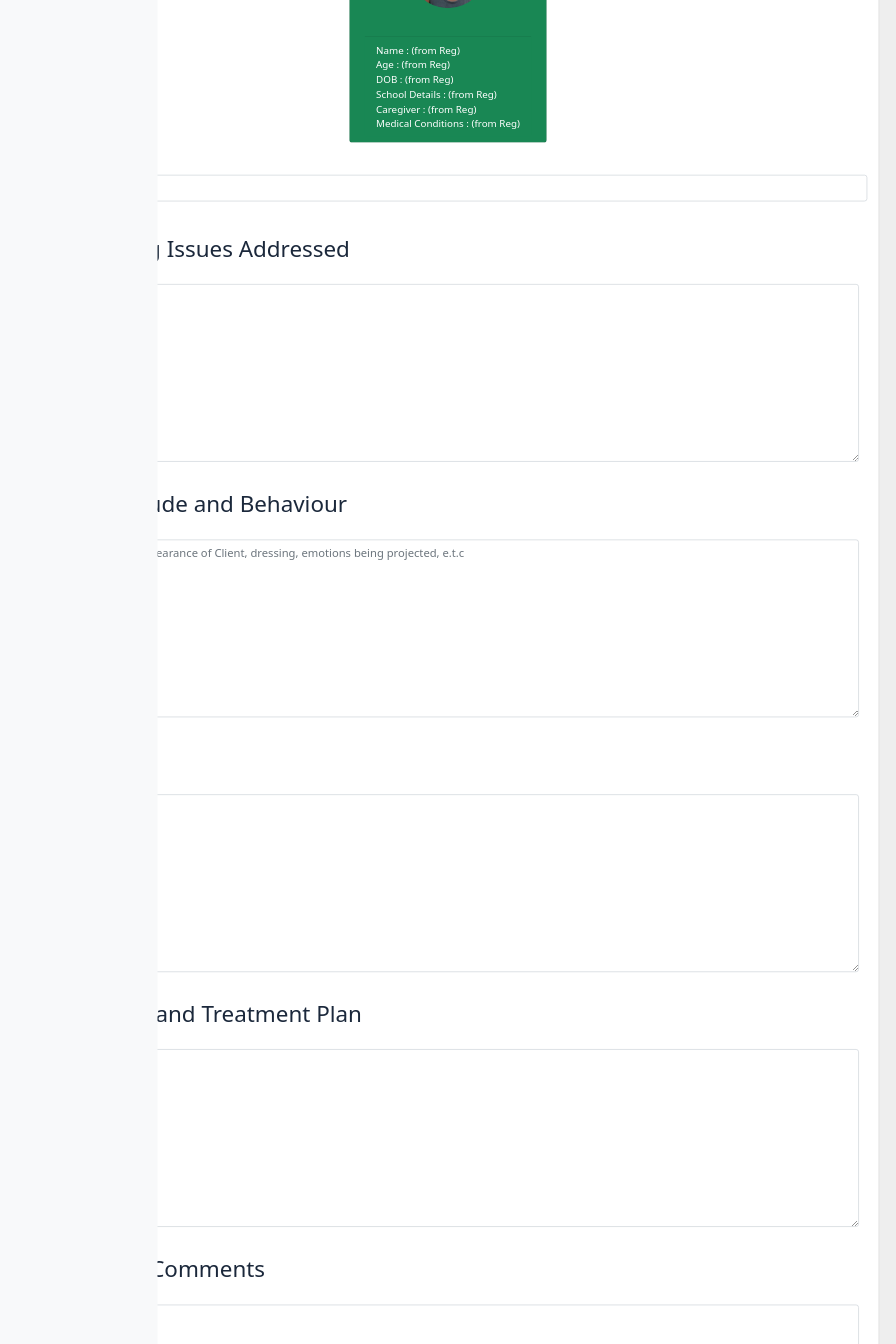
Repository: SRFtech/mis-designs
Page: counselling.html
An editor plug-in stored every save of this project. The page is shown before and after the next save, followed by the edit.
The browser window is 1280 px wide. The pictures show the part of the page from y = 594 to 2514 px (the page is 3059 px tall before and 2967 px after), at 70% of full size.

Above is the page before, as saved 2022-04-10 22:25:20.

### counselling.html
<!DOCTYPE html>
<html lang="en">
    <head>
        <meta charset="utf-8" />
        <meta http-equiv="X-UA-Compatible" content="IE=edge" />
        <meta name="viewport" content="width=device-width, initial-scale=1, shrink-to-fit=no" />
        <meta name="description" content="" />
        <meta name="author" content="" />
        <title>Family Assessment SRF-MIS</title>
        <link href="css/styles.css" rel="stylesheet" />
        <script src="https://cdnjs.cloudflare.com/ajax/libs/font-awesome/5.15.3/js/all.min.js" crossorigin="anonymous"></script>
    </head>
    <body>
        <nav class="sb-topnav navbar navbar-expand navbar-light bg-light">
            <!-- Navbar Brand-->
            <a class="navbar-brand ps-3" href="index.html">
                <img src="/assets/img/logo.png"/>
            </a>
            <!-- Sidebar Toggle-->
            <button class="btn btn-link btn-sm order-1 order-lg-0 me-4 me-lg-0" id="sidebarToggle" href="#!"><i class="fas fa-bars"></i></button>
            <!-- Navbar Search-->
            <form class="d-none d-md-inline-block form-inline ms-auto me-0 me-md-3 my-2 my-md-0">
                <div class="input-group">
                    <input class="form-control" type="text" placeholder="Search for..." aria-label="Search for..." aria-describedby="btnNavbarSearch" />
                    <button class="btn btn-success" id="btnNavbarSearch" type="button"><i class="fas fa-search"></i></button>
                </div>
            </form>
            <!-- Navbar-->
            <ul class="navbar-nav ml-auto nav-flex-icons">
                <li class="nav-item avatar dropdown">
                    <a class="nav-link dropdown-toggle waves-effect waves-light" id="navbarDropdownMenuLink-5" role="button" data-bs-toggle="dropdown" data-toggle="dropdown" aria-haspopup="true" aria-expanded="true">
                    <span class="badge badge-danger ml-2">4</span>
                    <i class="fas fa-bell"></i>
                    </a>
                    <div class="dropdown-menu dropdown-menu-end dropdown-secondary" aria-labelledby="navbarDropdownMenuLink-5">
                        <a class="dropdown-item waves-effect waves-light" href="#">Messages <span class="badge badge-danger ml-2">4</span></a>
                        <a class="dropdown-item waves-effect waves-light" href="#">Counselling sessions due<span class="badge badge-danger ml-2">1</span></a>
                        <a class="dropdown-item waves-effect waves-light" href="#">Home visits due <span class="badge badge-danger ml-2">4</span></a>
                    </div>
                </li>
            </ul>
            <ul class="navbar-nav ms-auto ms-md-0 me-3 me-lg-4">
                <li class="nav-item dropdown">
                    <a class="nav-link dropdown-toggle" id="navbarDropdown" href="#" role="button" data-bs-toggle="dropdown" aria-expanded="false"><i class="fas fa-user fa-fw"></i></a>
                    <ul class="dropdown-menu dropdown-menu-end" aria-labelledby="navbarDropdown">
                        <li><a class="dropdown-item" href="#!">Settings</a></li>
                        <li><a class="dropdown-item" href="#!">Activity Log</a></li>
                        <li><hr class="dropdown-divider" /></li>
                        <li><a class="dropdown-item" href="#!">Logout</a></li>
                    </ul>
                </li>
            </ul>
        </nav>
        <div id="layoutSidenav">
            <div id="layoutSidenav_nav">
                <nav class="sb-sidenav accordion sb-sidenav-light" id="sidenavAccordion">
                    <div class="sb-sidenav-menu">
                        <div class="nav">
                            <div class="sb-sidenav-menu-heading">Core</div>
                            <a class="nav-link" href="index.html">
                                <div class="sb-nav-link-icon"><i class="fas fa-tachometer-alt"></i></div>
                                Dashboard
                            </a>
                            <div class="sb-sidenav-menu-heading">Interface</div>
                            <a class="nav-link collapsed" href="#" data-bs-toggle="collapse" data-bs-target="#collapsePages" aria-expanded="false" aria-controls="collapsePages">
                                <div class="sb-nav-link-icon"><i class="fas fa-book-open"></i></div>
                                Pages
                                <div class="sb-sidenav-collapse-arrow"><i class="fas fa-angle-down"></i></div>
                            </a>
                            <div class="collapse" id="collapsePages" aria-labelledby="headingTwo" data-bs-parent="#sidenavAccordion">
                                <nav class="sb-sidenav-menu-nested nav accordion" id="sidenavAccordionPages">
                                    <a class="nav-link collapsed" href="#" data-bs-toggle="collapse" data-bs-target="#pagesCollapseAuth" aria-expanded="false" aria-controls="pagesCollapseAuth">
                                        Authentication
                                        <div class="sb-sidenav-collapse-arrow"><i class="fas fa-angle-down"></i></div>
                                    </a>
                                    <div class="collapse" id="pagesCollapseAuth" aria-labelledby="headingOne" data-bs-parent="#sidenavAccordionPages">
                                        <nav class="sb-sidenav-menu-nested nav">
                                            <a class="nav-link" href="login.html">Login</a>
                                            <a class="nav-link" href="register.html">Register</a>
                                            <a class="nav-link" href="password.html">Forgot Password</a>
                                        </nav>
                                    </div>
                                    <a class="nav-link collapsed" href="#" data-bs-toggle="collapse" data-bs-target="#pagesCollapseError" aria-expanded="false" aria-controls="pagesCollapseError">
                                        Forms
                                        <div class="sb-sidenav-collapse-arrow"><i class="fas fa-angle-down"></i></div>
                                    </a>
                                    <div class="collapse" id="pagesCollapseError" aria-labelledby="headingOne" data-bs-parent="#sidenavAccordionPages">
                                        <nav class="sb-sidenav-menu-nested nav">
                                            <a class="nav-link" href="registration.html">Registration</a>
                                            <!-- <a class="nav-link" href="player-profile.html">Player profile</a> -->

                                        </nav>
                                    </div>
                                    <a class="nav-link collapsed" href="#" data-bs-toggle="collapse" data-bs-target="#pagesCollapseError" aria-expanded="false" aria-controls="pagesCollapseError">
                                        Error
                                        <div class="sb-sidenav-collapse-arrow"><i class="fas fa-angle-down"></i></div>
                                    </a>
                                    <div class="collapse" id="pagesCollapseError17" aria-labelledby="headingOne" data-bs-parent="#sidenavAccordionPages">
                                        <nav class="sb-sidenav-menu-nested nav">
                                            <a class="nav-link" href="401.html">401 Page</a>
                                            <a class="nav-link" href="404.html">404 Page</a>
                                            <a class="nav-link" href="500.html">500 Page</a>
                                        </nav>
                                    </div>
                                </nav>
                            </div>
                            <div class="sb-sidenav-menu-heading">Data View Options</div>
                            <a class="nav-link" href="charts.html">
                                <div class="sb-nav-link-icon"><i class="fas fa-chart-area"></i></div>
                                Charts
                            </a>
                            <a class="nav-link" href="tables.html">
                                <div class="sb-nav-link-icon"><i class="fas fa-table"></i></div>
                                Tables
                            </a>
                        </div>
                    </div>
                    <div class="sb-sidenav-footer">
                        <div class="small">Logged in as:</div>
                        Admin
                    </div>
                </nav>
            </div>
            <div id="layoutSidenav_content">
                <main>
                    <div class="container-fluid px-4">
                        <h1 class="mt-4">Family Assessment</h1>
                        <ol class="breadcrumb mb-4">
                            <li class="breadcrumb-item"><a href="index.html">Dashboard</a></li>
                            <li class="breadcrumb-item active">Family Assessment Form</li>
                        </ol>
                        <div class="card mb-4">
                            <div class="card-body">
                                <p class="mb-0">
                                    <ul class="nav nav-pills mb-3" id="pills-tab" role="tablist">
                                        <li class="nav-item">
                                            <a class="nav-link" id="pills-bio-data-tab" data-toggle="pill" href="registration.html" role="tab" aria-controls="pills-bio-data" aria-selected="false">Bio Data</a>
                                        </li>
                                        <li class="nav-item">
                                            <a class="nav-link" id="pills-visits-tab" data-toggle="pill" href="home-visits.html" role="tab" aria-controls="pills-home-visits" aria-selected="false">Home Visits</a>
                                        </li>
                                        <li class="nav-item">
                                            <a class="nav-link" id="pills-rugby-tab" data-toggle="pill" href="rugby.html" role="tab" aria-controls="pills-rugby" aria-selected="false">Rugby</a>
                                        </li>
                                        <li class="nav-item">
                                            <a class="nav-link" id="pills-education-tab" data-toggle="pill" href="education.html" role="tab" aria-controls="pills-education" aria-selected="false">Education</a>
                                        </li>
                                        <li class="nav-item">
                                            <a class="nav-link" id="life-skills.html-tab" data-toggle="pill" href="life-skills.html" role="tab" aria-controls="life-skills.html" aria-selected="false">Life Skills</a>
                                        </li>
                                        <li class="nav-item">
                                            <a class="nav-link active" id="pills-counselling-tab" data-toggle="pill" href="counselling.html" role="tab" aria-controls="pills-counselling" aria-selected="true">Counselling</a>
                                        </li>
                                        <li class="nav-item">
                                            <a class="nav-link" id="class8-visits-tab" data-toggle="pill" href="class8-visits.html" role="tab" aria-controls="class8-visits" aria-selected="false">Class 8 Visits</a>
                                        </li>
                                    </ul>
                                    <div class="tab-content" id="pills-tabContent">
                                        <div class="tab-pane fade show active" id="pills-bio-data" role="tabpanel" aria-labelledby="pills-bio-data-tab">
                                            <div class="form mt-5">
                                                <form>
                                                    <div class="form-group row pb-3">
                                                        <label for="date" class="col-sm-3 col-form-label">Date</label>
                                                        <div class="col-sm-4">
                                                            <input type="date" class="form-control" id="date" placeholder="">
                                                        </div>
                                                    </div>
                                                    <div class="form-group row pb-3">
                                                        <label for="date" class="col-sm-3 col-form-label">Time</label>
                                                        <div class="col-sm-4">
                                                            <input type="time" class="form-control" id="time" placeholder="">
                                                        </div>
                                                    </div>
                                                    <div class="row pb-2 pt-2 justify-content-center align-items-center">
                                                            <div class="col-xl-3 col-sm-6">
                                                                <div class="card bg-success text-white mb-2">
                                                                    <div class=" image d-flex flex-column justify-content-center align-items-center">
                                                                        <div class="card-body bg-success">Beneficiary K_234</div>
                                                                        <div class="card-body col-md-6 mb-4">
                                                                            <img class="rounded-circle"  alt="girl photo" src="/assets/img/girl-profile.png"/>
                                                                        </div>
                                                                        <div class="card-footer bg-success mb-2">
                                                                            <div class="small text-white" href="#">
                                                                                    Name : (from Reg) <br>
                                                                                    Age : (from Reg) <br>
                                                                                    DOB : (from Reg) <br>
                                                                                    School Details : (from Reg) <br>
                                                                                    Caregiver : (from Reg) <br>
                                                                                    Medical Conditions : (from Reg) <br>
                                                                            </div>
                                                                        </div>
                                                                    </div>
                                                                </div>
                                                            </div>
                                                            <div class="form-group row pb-3">
                                                                <label for="formControlSelect2" class="col-sm-3 col-form-label">Client</label>
                                                                <select class="form-control" id="formControlSelect2">
                                                                    <option>Father</option>
                                                                    <option>Mother</option>
                                                                    <option>Guardian</option>
                                                                </select>
                                                            </div>
                                                            <div class="row pb-2 pt-2">
                                                                <h2 class="mt-4">Counselling Issues Addressed</h2>
                                                                <div class="form-group">
                                                                    <label for="formControlTextarea1">Notes</label>
                                                                    <textarea class="form-control" id="formControlTextarea1" rows="10"></textarea>
                                                                </div>
                                                            </div>
                                                            <div class="row pb-2 pt-2">
                                                                <h2 class="mt-4">Client Attitude and Behaviour</h2>
                                                                <div class="form-group">
                                                                    <label for="formControlTextarea2">Notes</label>
                                                                    <textarea class="form-control" id="formControlTextarea2" rows="10" placeholder="Observe general appearance of Client, dressing, emotions being projected, e.t.c"></textarea>
                                                                </div>
                                                            </div>
                                                            <div class="row pb-2 pt-2">
                                                                <h2 class="mt-4">Challenges</h2>
                                                                <div class="form-group">
                                                                    <label for="formControlTextarea3">Notes</label>
                                                                    <textarea class="form-control" id="formControlTextarea3" rows="10"></textarea>
                                                                </div>
                                                            </div>
                                                            <div class="row pb-2 pt-2">
                                                                <h2 class="mt-4">Next Steps and Treatment Plan</h2>
                                                                <div class="form-group">
                                                                    <label for="formControlTextarea4">Notes</label>
                                                                    <textarea class="form-control" id="formControlTextarea4" rows="10"></textarea>
                                                                </div>
                                                            </div>
                                                            <div class="row pb-2 pt-2">
                                                                <h2 class="mt-4">Additional Comments</h2>
                                                                <div class="form-group">
                                                                    <label for="formControlTextarea5">Notes</label>
                                                                    <textarea class="form-control" id="formControlTextarea5" rows="10"></textarea>
                                                                </div>
                                                            </div>
                                                </form>
                                            </div>
                                        </div>
                                    </div>
                                </p>
                            </div>
                            <div class="card mb-4">
                                <div class="card-body">
                                    <div class="form-group row pb-3">
                                                            <label for="date" class="col-sm-3 col-form-label">Next Date</label>
                                                            <div class="col-sm-4">
                                                                <input type="date" class="form-control" id="date" placeholder="">
                                                            </div>
                                                        </div>
                                                        <div class="form-group row pb-3">
                                                            <label for="date" class="col-sm-3 col-form-label">Next Time</label>
                                                            <div class="col-sm-4">
                                                                <input type="time" class="form-control" id="time" placeholder="">
                                                            </div>
                                                        </div>
                                    <div class="form-group row pt-2">
                                        <div class="col-sm-10">
                                            <button type="submit" class="btn btn-success">Schedule Session</button>
                                        </div>
                                    </div>
                                </div>
                            </div>
                        </div>
                    </div>
                </main>
                <footer class="py-4 bg-light mt-auto">
                    <div class="container-fluid px-4">
                        <div class="d-flex align-items-center justify-content-between small">
                            <div class="text-muted">Copyright &copy; SRF 2022</div>
                            <div>
                                <a href="#">Privacy Policy</a>
                                &middot;
                                <a href="#">Terms &amp; Conditions</a>
                            </div>
                        </div>
                    </div>
                </footer>
            </div>
        </div>
        <script src="https://cdn.jsdelivr.net/npm/bootstrap@5.1.3/dist/js/bootstrap.bundle.min.js" crossorigin="anonymous"></script>
        <script src="js/scripts.js"></script>
    </body>
</html>

Loaded but not shown: css/styles.css (library); js/scripts.js (26 lines, source omitted)

After the next save:
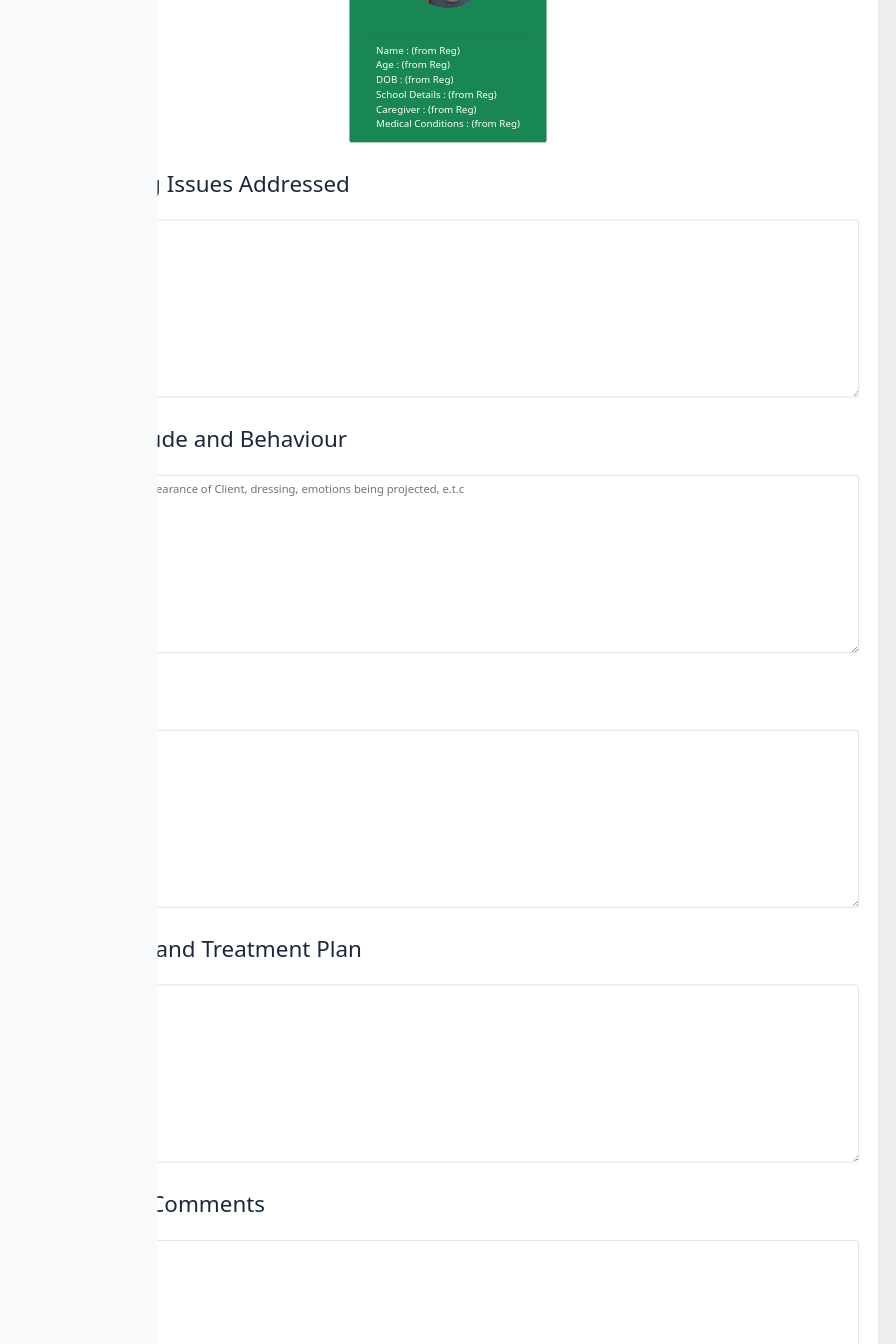
Saved 17 s later.
--- a/counselling.html
+++ b/counselling.html
@@ -192,14 +192,6 @@
                                                                     </div>
                                                                 </div>
                                                             </div>
-                                                            <div class="form-group row pb-3">
-                                                                <label for="formControlSelect2" class="col-sm-3 col-form-label">Client</label>
-                                                                <select class="form-control" id="formControlSelect2">
-                                                                    <option>Father</option>
-                                                                    <option>Mother</option>
-                                                                    <option>Guardian</option>
-                                                                </select>
-                                                            </div>
                                                             <div class="row pb-2 pt-2">
                                                                 <h2 class="mt-4">Counselling Issues Addressed</h2>
                                                                 <div class="form-group">
